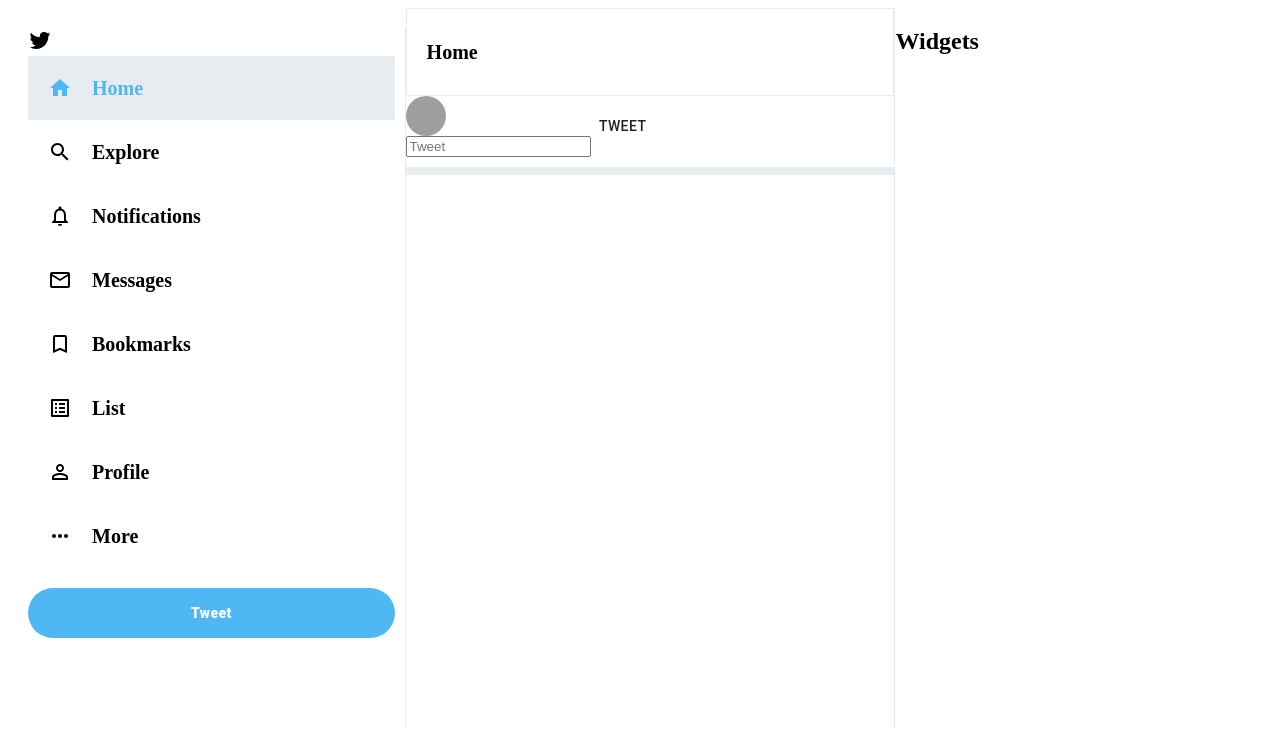
Repository: shehriyarnadeem/twitter-clone
Page: /
These files come from the project's save history. The page is drawn as it stood at one moment and after the next save; the edit follows.
The browser window is 1280 px wide. The pictures show the whole page.
Pictures or frames that could not be fetched are drawn as grey boxes. The project was rebuilt for these pictures with package versions that can differ from the ones it lists, and the page was loaded fresh each time. Also part of the build but not shown: src/index.css.

Above is the page before, as saved 2020-08-08 23:07:25.

### src/App.js
import React from "react";
import Sidebar from "./Sidebar";
import Feed from "./Feed";
import Widgets from "./Widgets";
import "./App.css";

function App() {
  return (
    <div className="App">
      <Sidebar />
      <Feed />
      <Widgets />
      {/* Feed */}
      {/* Widget */}
    </div>
  );
}

export default App;

### src/Sidebar.js
import React from "react";
import SidebarOption from "./SidebarOption";
import TwitterIcon from "@material-ui/icons/Twitter";
import HomeIcon from "@material-ui/icons/Home";
import SearchIcon from "@material-ui/icons/Search";
import NotificationsNoneIcon from "@material-ui/icons/NotificationsNone";
import MailOutlineIcon from "@material-ui/icons/MailOutline";
import BookmarkBorderIcon from "@material-ui/icons/BookmarkBorder";
import ListAltIcon from "@material-ui/icons/ListAlt";
import PermIdentityIcon from "@material-ui/icons/PermIdentity";
import MoreHorizIcon from "@material-ui/icons/MoreHoriz";
import { Button } from "@material-ui/core";
import "./Sidebar.css";

const Sidebar = () => {
  return (
    <div className="sidebar">
      <TwitterIcon />
      <SidebarOption active Icon={HomeIcon} text="Home" />
      <SidebarOption Icon={SearchIcon} text="Explore" />
      <SidebarOption Icon={NotificationsNoneIcon} text="Notifications" />
      <SidebarOption Icon={MailOutlineIcon} text="Messages" />
      <SidebarOption Icon={BookmarkBorderIcon} text="Bookmarks" />
      <SidebarOption Icon={ListAltIcon} text="List" />
      <SidebarOption Icon={PermIdentityIcon} text="Profile" />
      <SidebarOption Icon={MoreHorizIcon} text="More" />
      <Button variant="outlined" className="sidebar__tweet" fullWidth>
        Tweet
      </Button>
    </div>
  );
};

export default Sidebar;

### src/Feed.js
import React from "react";
import TweetBox from "./TweetBox";
import "./Feed.css";
const Feed = () => {
  return (
    <div className="feed">
      <div className="feed__header">
        <h2>Home</h2>
      </div>
      <TweetBox />
      {/* Header */}
      {/* Tweetbox */}
      {/* Post */}
    </div>
  );
};

export default Feed;

### src/Widgets.js
import React from "react";
import "./Widgets.css";
export default function Widgets() {
  return (
    <div className="widgets">
      <h2>Widgets</h2>
    </div>
  );
}

### src/App.css
body {
  --twitter-color: #50b7f5;
  --twitter-background: #e6ecf0;
}

.App {
  display: flex;
  height: 100vh;
  margin-left: auto;
  margin-right: auto;
  padding: 0 10px;

  max-width: 1300px;
}

### src/SidebarOption.js
import React from "react";
import "./SidebarOption.css";
const SidebarOption = ({ active, text, Icon }) => {
  return (
    <div className={`sidebarOption ${active && "sidebarOption--active"}`}>
      <Icon />
      <h2>{text}</h2>
    </div>
  );
};

export default SidebarOption;

### src/Sidebar.css
.sidebar {
  border-right: 1px solid var(--twitter-background);
  flex: 0.3;
  margin-top: 20px;
  padding-left: 10px;
  padding-right: 10px;
}

.sidebar__tweet {
  background-color: var(--twitter-color) !important;
  border: none !important;
  color: white !important;
  font-weight: 900 !important;
  text-transform: inherit !important;
  border-radius: 30px !important;
  height: 50px;
  margin-top: 20px !important;
}

### src/TweetBox.js
import React from "react";
import { Avatar, Button } from "@material-ui/core";
import "./TweetBox.css";

function TweetBox() {
  return (
    <div className="tweetBox">
      <form>
        <div className="tweetBox__input">
          <Avatar src="https://api.adorable.io/avatars/51/abott@adorable.png" />
          <input type="text" placeholder="Tweet" />
        </div>
        <Button>Tweet</Button>
      </form>
    </div>
  );
}

export default TweetBox;

### src/Feed.css
.feed {
  flex: 0.4;
  border-right: 1px solid var(--twitter-background);
  min-width: fit-content;
  overflow-y: scroll;
}

.feed::-webkit-scrollbar {
  display: none;
}

.feed__header {
  position: sticky;
  top: 0;
  background-color: white;
  z-index: 100;
  border: 1px solid var(--twitter-background);
  padding: 15px 20px;
}

.feed__header > h2 {
  font-size: 20px;
  font-weight: 000;
}

### src/Widgets.css
.widgets {
  flex: 0.3;
}

### src/SidebarOption.css
.sidebarOption {
  display: flex;
  align-items: center;
  cursor: pointer;
}

.sidebarOption:hover {
  background-color: var(--twitter-background);
  border-radius: 30px;
  color: var(--twitter-color);
  transition: color 300ms ease-out;
}

.sidebarOption > .MuiSvgIcon-root {
  padding: 20px;
}
.sidebarOption > h2 {
  font-weight: 800;
  font-size: 20px;
  margin-right: 20px;
}
.sidebarOption--active {
  color: var(--twitter-color);
  background-color: var(--twitter-background);
}

### src/TweetBox.css
.tweetBox {
  padding-bottom: 10px;
  border-bottom: 8px solid var(--twitter-background);
  padding-right: 10px;
}

.tweetBox > form {
  display: flex;
  flex-direction: row;
}

Loaded but not shown: public/index.html (common file); src/index.js (common file)

After the next save:
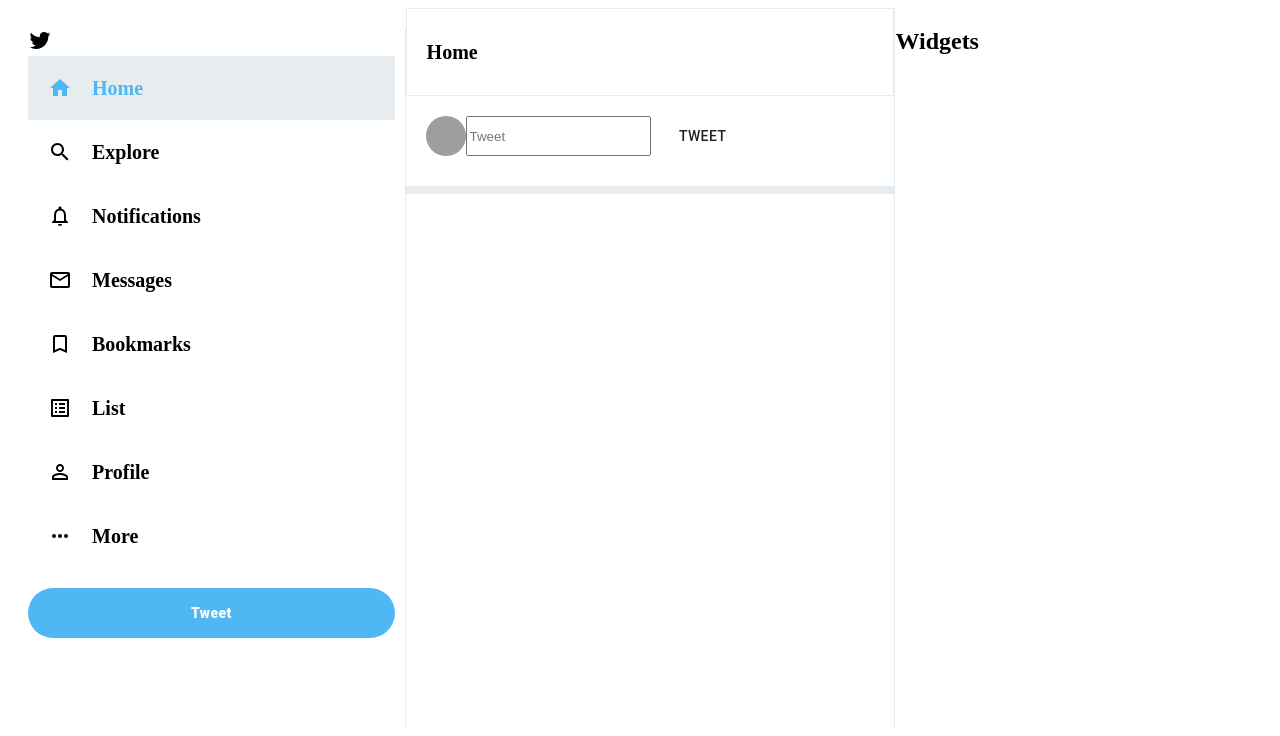
Saved 58 s later.
--- a/src/TweetBox.css
+++ b/src/TweetBox.css
@@ -8,3 +8,8 @@
   display: flex;
   flex-direction: row;
 }
+
+.tweetBox__input {
+  padding: 20px;
+  display: flex;
+}
